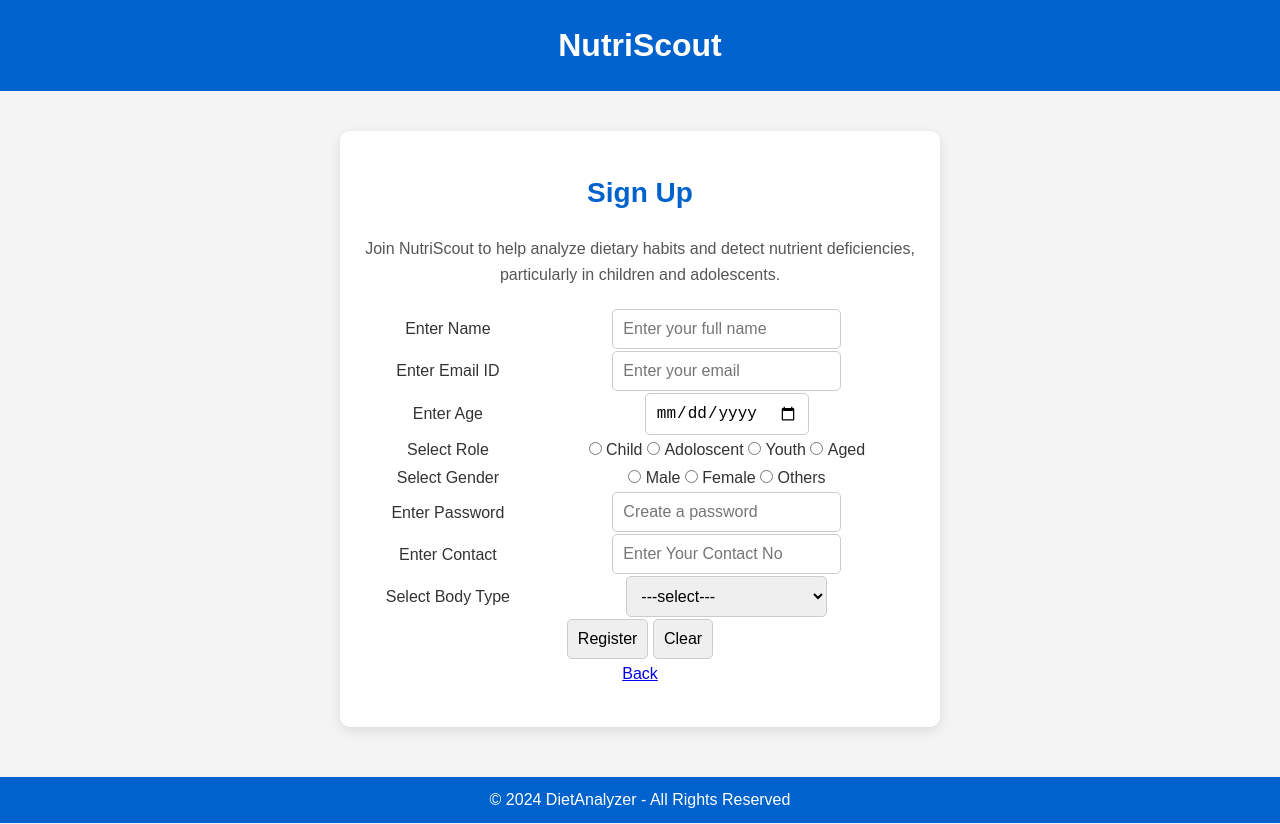
Repository: chaitanyasivathmika/NutrientDiet
Page: http://localhost/NutrientDiet/userreg.jsp
An editor plug-in stored every save of this project. The page is shown before and after the next save, followed by the edit.
The browser window is 1280 px wide. The pictures show the whole page.
The page is served by Tomcat 10. Other server files are loaded and not shown.

Above is the page before, as saved 2024-11-15 16:27:49.

### NutrientDiet/src/main/webapp/userreg.jsp
<%@ page language="java" contentType="text/html; charset=UTF-8"
    pageEncoding="UTF-8"%>
<!DOCTYPE html>
<html lang="en">
<head>
    <meta charset="UTF-8">
    <meta name="viewport" content="width=device-width, initial-scale=1.0">
    <title>Sign Up - NutriScout</title>
    <style>
        /* General Styling */
* {
    margin: 0;
    padding: 0;
    box-sizing: border-box;
}

body {
    font-family: 'Arial', sans-serif;
    background-color: #f4f4f4;
    color: #333;
    line-height: 1.6;
}

/* Header */
header {
    background-color: #0062cc;
    color: white;
    padding: 20px 0;
    text-align: center;
}

.logo h1 {
    font-size: 32px;
    font-weight: bold;
}

/* Signup Form */
main {
    padding: 40px 20px;
    max-width: 600px;
    margin: 40px auto;
    background-color: white;
    box-shadow: 0 4px 12px rgba(0, 0, 0, 0.1);
    border-radius: 10px;
    text-align: center;
}

.signup-form h2 {
    font-size: 28px;
    color: #0062cc;
    margin-bottom: 20px;
}

.signup-form p {
    font-size: 16px;
    margin-bottom: 20px;
    color: #555;
}

.signup-form form {
    display: flex;
    flex-direction: column;
    gap: 15px;
}

.signup-form label {
    font-size: 16px;
    text-align: left;
    color: #333;
}

.signup-form input, .signup-form select {
    padding: 10px;
    font-size: 16px;
    border: 1px solid #ccc;
    border-radius: 5px;
}

.signup-form input:focus, .signup-form select:focus {
    outline: none;
    border-color: #007bff;
}

.submit-btn {
    background-color: #007bff;
    color: white;
    padding: 12px 20px;
    border: none;
    border-radius: 5px;
    cursor: pointer;
    font-size: 18px;
    margin-top: 10px;
    transition: background-color 0.3s ease;
}

.submit-btn:hover {
    background-color: #0056b3;
}

.back-btn {
    background-color: #dc3545;
    color: white;
    padding: 10px 20px;
    border: none;
    border-radius: 5px;
    cursor: pointer;
    font-size: 16px;
    margin-top: 15px;
    transition: background-color 0.3s ease;
}

.back-btn:hover {
    background-color: #c82333;
}

/* Footer */
footer {
    text-align: center;
    padding: 10px 0;
    background-color: #0062cc;
    color: white;
    margin-top: 50px;
}

    </style>
</head>
<body>
    <header>
        <div class="nav-bar">
            <div class="logo">
                <h1>NutriScout</h1>
            </div>
        </div>
    </header>

    <main>
        <section class="signup-form">
            <h2>Sign Up</h2>
            <p>Join NutriScout to help analyze dietary habits and detect nutrient deficiencies, particularly in children and adolescents.</p>

            <form method="post" action="insertuser"> <!-- forced mapping/ method in the contoller -->
            <table>
               <tr>
                    <td><label for="uname">Enter Name</label></td>
                    <td><input type="text" id="uname" name="uname" required placeholder="Enter your full name"/></td>
                </tr>
                <tr>
                    <td><label for="uemail">Enter Email ID</label></td>
                    <td><input type="email" id="uemail" name="uemail" required placeholder="Enter your email"/></td>
                </tr>
                <tr>
                    <td><label for="uage">Enter Age</label></td>
                    <td><input type="date" id="uage" name="uage" required placeholder="Enter your age"/></td>
                </tr>
                 <tr>
                    <td><label>Select Role</label></td>
                    <td>
                        <input type="radio" id="child" name="urole" value="child"  required/>
                        <label for="child">Child</label>
                        <input type="radio" id="adoloscent" name="urole" value="adoloscent"   required/>
                        <label for="adoloscent">Adoloscent</label>
                        <input type="radio" id="youth" name="urole" value="youth"   required/>
                        <label for="youth">Youth</label>
                        <input type="radio" id="aged" name="aged" value="aged"   required/>
                        <label for="aged">Aged</label>
                    </td>
                </tr>
                <tr>
                    <td><label>Select Gender</label></td>
                    <td>
                        <input type="radio" id="male" name="ugender" value="MALE"  required/>
                        <label for="male">Male</label>
                        <input type="radio" id="female" name="ugender" value="FEMALE"   required/>
                        <label for="female">Female</label>
                        <input type="radio" id="others" name="ugender" value="OTHERS"   required/>
                        <label for="others">Others</label>
                    </td>
                </tr>
                 <tr>
                    <td><label for="upassword">Enter Password</label></td>
                    <td><input type="password" id="upassword" name="upassword" required placeholder="Create a password"/></td>
                </tr>
                <tr>
                    <td><label for="ucontact">Enter Contact</label></td>
                    <td><input type="number" id="ucontact" name="ucontact" required placeholder="Enter Your Contact No"/></td>
                </tr>
                <tr>
                    <td><label>Select Body Type</label></td>
                    <td>
                        <select id="bodyType" name="bodyType" required>
                        	<option value="">---select---</option>
                            <option value="Girl_Athletics">Girl_Athletics</option>
                            <option value="Girl_HourGlass">Girl_HourGlass</option>
                            <option value="Girl_InvertedTriangle">Girl_InvertedTriangle</option>
                            <option value="Girl_Rectangle">Girl_Rectangle</option>
                            <option value="Girl_Round">Girl_Round</option>
                            <option value="Girl_Ectomorph">Girl_Ectomorph</option>
                            <option value="Girl_Endomorph">Girl_Endomorph</option>
                            <option value="Girl_Mesomorph">Girl_Mesomorph</option>
                            <option value="M_Ectomorph(12-20)">M_Ectomorph(12-20)</option>
                            <option value="M_Endomorph(12-20)">M_Endomorph(12-20)</option>
                            <option value="M_Mesomorph(12-20)">M_Mesomorph(12-20)</option>
                            <option value="M_Ectomorph(20-45)">M_Ectomorph(20-45)</option>
                            <option value="M_Endomorph(20-45)">M_Endomorph(20-45)</option>
                            <option value="M_Mesomorph(20-45)">M_Mesomorph(20-45)</option>
                        </select>
                    </td>
                </tr>
                <tr>
                    <td colspan="2" class="button-container">
                        <input type="submit" value="Register"/>
                        <input type="reset" value="Clear"/>
                    </td>
                </tr>
            </table>
        </form>

            <a href="/">Back</a>
        </section>
    </main>

    <footer>
        <p>© 2024 DietAnalyzer - All Rights Reserved</p>
    </footer>
</body>
</html>

After the next save:
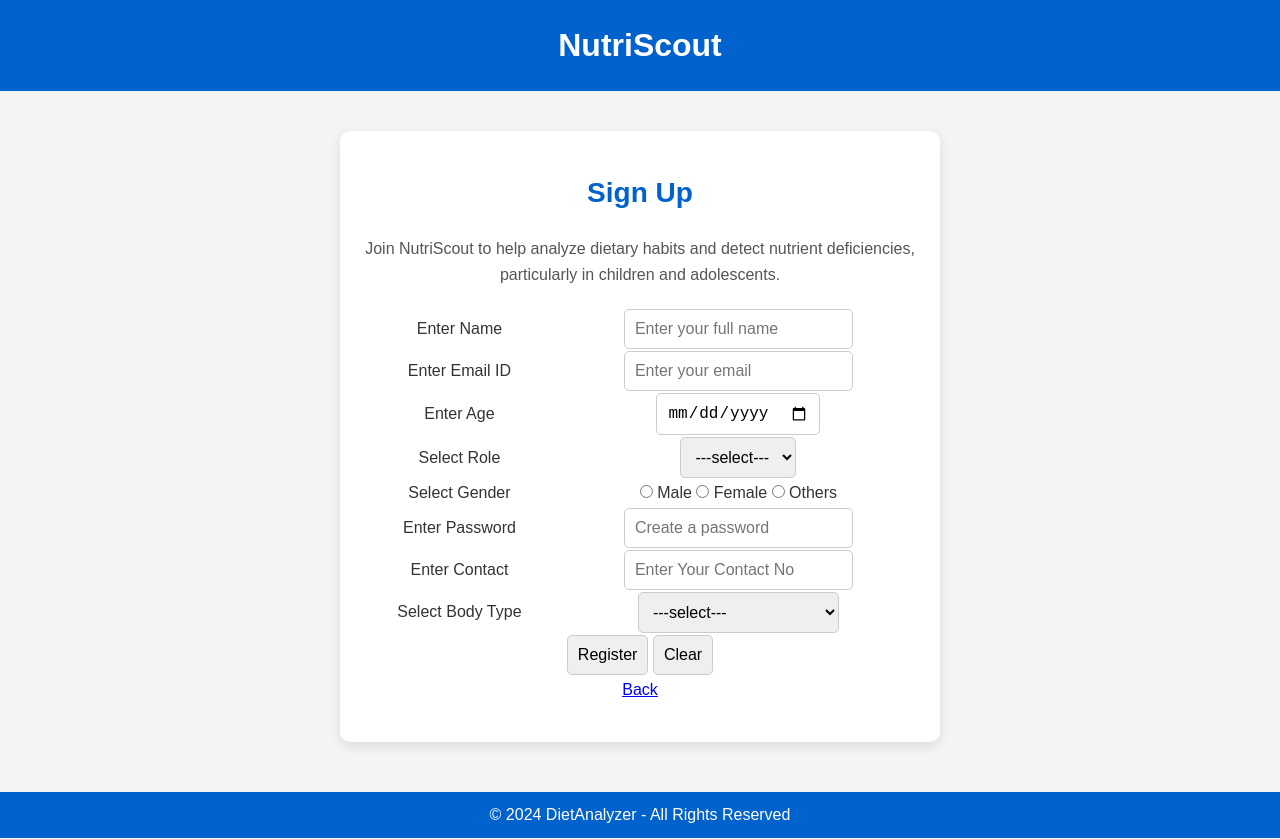
Saved 3 min 57 s later.
--- a/NutrientDiet/src/main/webapp/userreg.jsp
+++ b/NutrientDiet/src/main/webapp/userreg.jsp
@@ -155,14 +155,13 @@ footer {
                  <tr>
                     <td><label>Select Role</label></td>
                     <td>
-                        <input type="radio" id="child" name="urole" value="child"  required/>
-                        <label for="child">Child</label>
-                        <input type="radio" id="adoloscent" name="urole" value="adoloscent"   required/>
-                        <label for="adoloscent">Adoloscent</label>
-                        <input type="radio" id="youth" name="urole" value="youth"   required/>
-                        <label for="youth">Youth</label>
-                        <input type="radio" id="aged" name="aged" value="aged"   required/>
-                        <label for="aged">Aged</label>
+                        <select id="urole" name="urole" required>
+                        	<option value="">---select---</option>
+                            <option value="child">Child</option>
+                            <option value="teeneger">Teeneger</option>
+                            <option value="youth">Youth</option>
+                            <option value="aged">Aged</option>
+                        </select>
                     </td>
                 </tr>
                 <tr>
